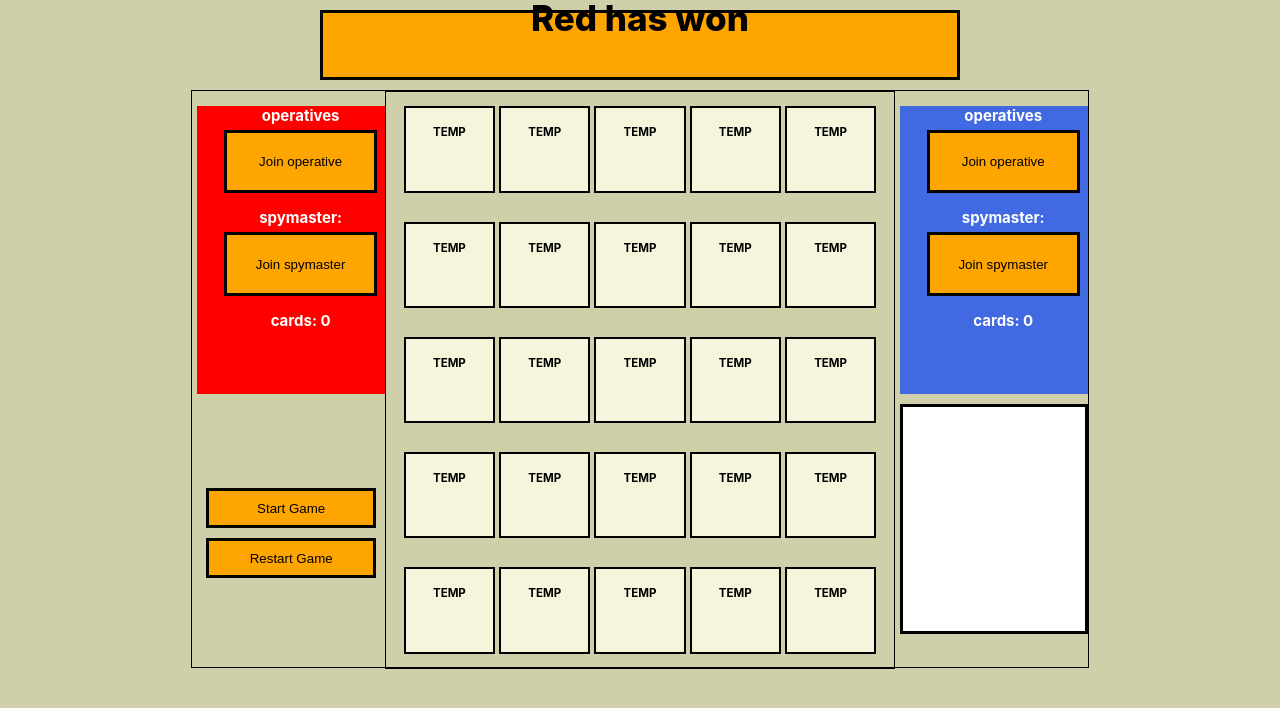
Repository: alcarrizo/Codenames-Fullstack
Page: / (app in client/)
These files come from the project's save history. The page is drawn as it stood at one moment and after the next save; the edit follows.
The browser window is 1280 px wide. The pictures show the whole page.
The project was rebuilt for these pictures with package versions that can differ from the ones it lists, and the page was loaded fresh each time. Imported but missing from the stored project, and not drawn on this page: client/src/reportWebVitals.

Above is the page before, as saved 2023-01-17 17:52:32.

After the next save:
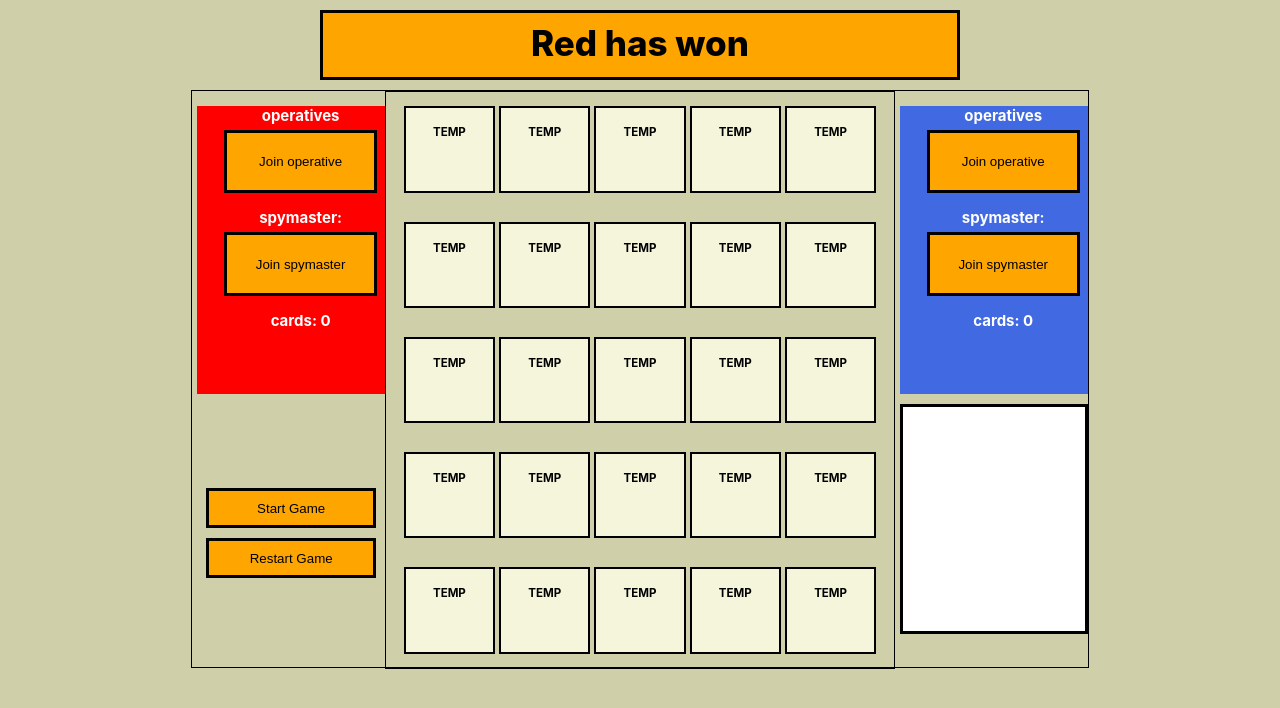
Saved 43 s later.
--- a/client/src/css/styles.css
+++ b/client/src/css/styles.css
@@ -218,7 +218,7 @@ body.blue {
     left: 35%;
     text-align: center;
     font-size: 35px;
-    line-height: 10px;
+    line-height: 60px;
     font-weight: 800;
     border: black solid 3px;
 
